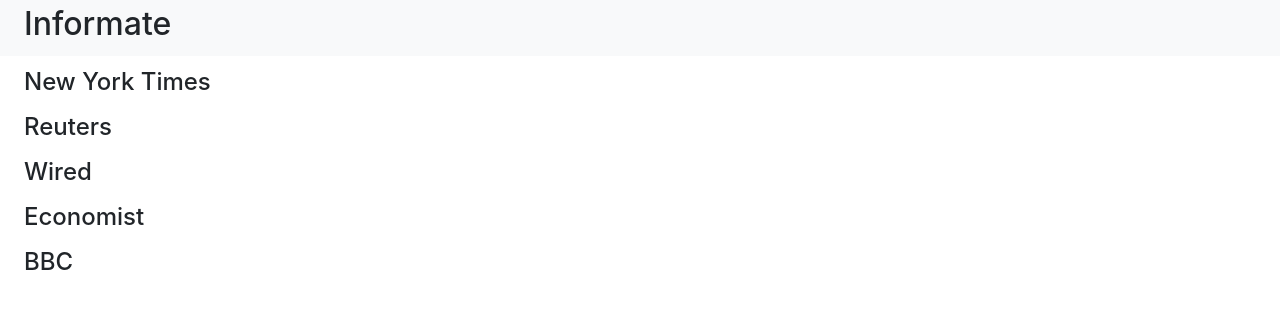
Repository: rbafna6507/newsaggregator-frontend
Page: index.html
These files come from the project's save history. The page is drawn as it stood at one moment and after the next save; the edit follows.
The browser window is 1280 px wide. The pictures show the whole page.
The page's requests for data from a server got no answer. Some web libraries are served in a nearby version.

Above is the page before, as saved 2020-12-16 12:49:52.

After the next save:
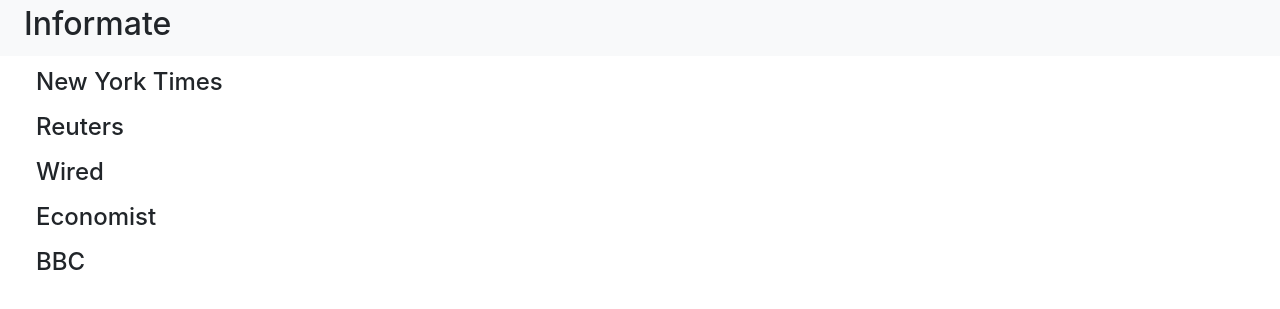
Saved 10 s later.
--- a/index.html
+++ b/index.html
@@ -14,7 +14,7 @@
     <nav class="navbar-light bg-light">
         <a style="margin-left: 24px" class="navbar-brand"><h2>Informate</h2></a>
     </nav>
-    <div style="margin-left: 24px; padding-top: 12px">
+    <div style="margin-left: 36px; padding-top: 12px">
         <!-- <div>
             <h1>Informate</h1>
         <h6>Reliable, real, and recent news, all in one place</h6> -->
